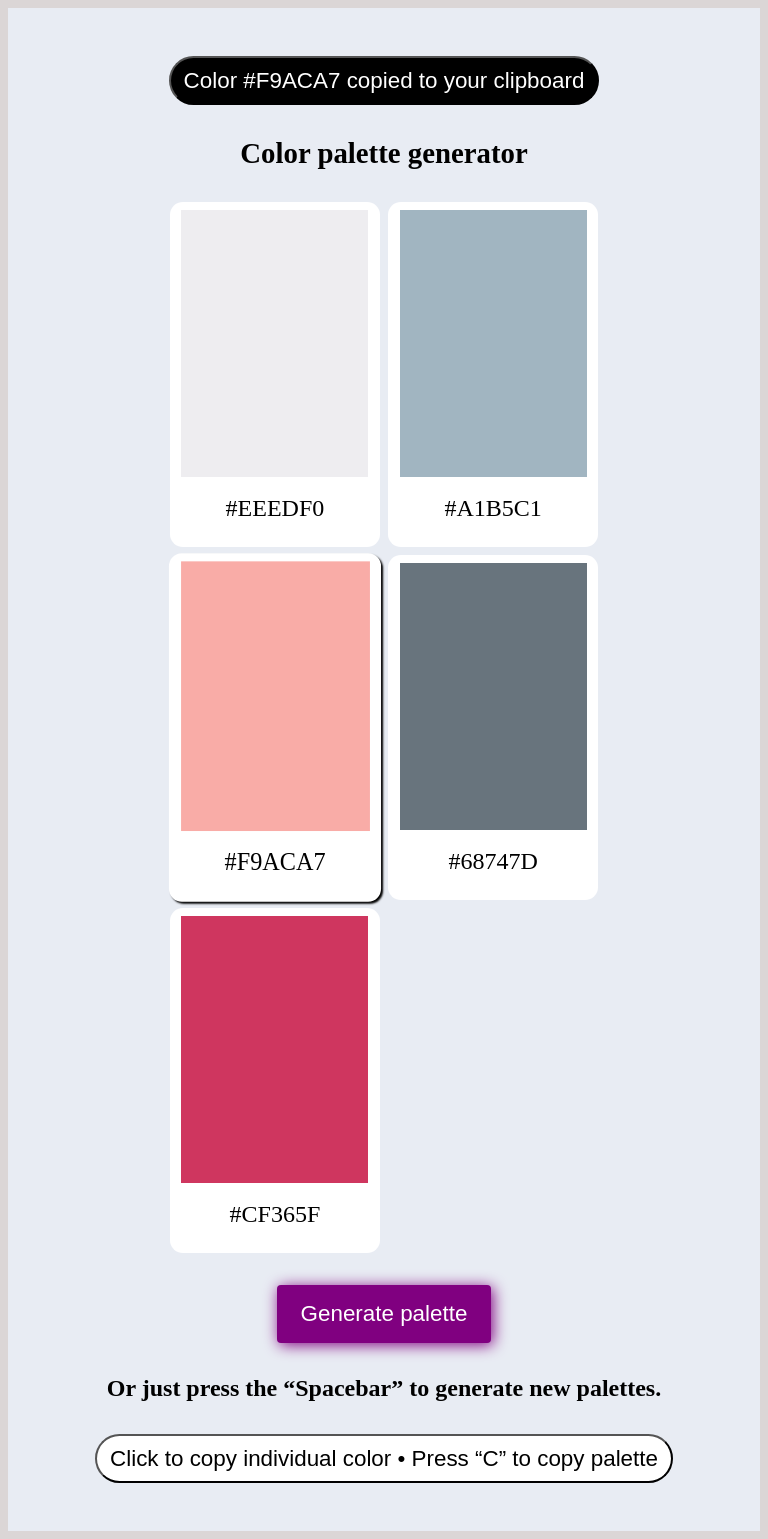
Repository: Hcmwebs/Color-Palette-Generator
Page: index.html
These files come from the project's save history. The page is drawn as it stood at one moment and after the next save; the edit follows.
The browser window is 768 px wide. The pictures show the whole page.

Above is the page before, as saved 2020-07-07 11:47:40.

### index.html
<!DOCTYPE html>
<html lang="en">
<head>
    <meta charset="UTF-8">
    <meta name="viewport" content="width=device-width, initial-scale=1.0">
    <link rel="stylesheet" href="styles.css">
    <title>Color Pallete Generator</title>
</head>
<body>
    <div class="container">

        <button class="btn">Color #F9ACA7 copied to your clipboard</button>
        <h2>Color palette generator</h2>
        <div class="card">
            <div class="card__item">
                <div class="card__color card__color--lightPurpleish"></div>
                <div class="card__tag">#EEEDF0</div>
            </div>

            <div class="card__item">
                <div class="card__color card__color--lightBlueGreenish"></div>
                <div class="card__tag">#A1B5C1</div>
            </div>

            <div class="card__item card__item--active">
                <div class="card__color card__color--lightReddish"></div>
                <div class="card__tag">#F9ACA7</div>
            </div>

            <div class="card__item">
                <div class="card__color card__color--lightBluish"></div>
                <div class="card__tag">#68747D</div>
            </div>

            <div class="card__item">
                <div class="card__color card__color--reddish"></div>
                <div class="card__tag">#CF365F</div>
            </div>

        </div>
        <button class="btn btn--generate">Generate palette</button>
        <h3>Or just press the “Spacebar” to generate new palettes.</h3>
        <button class="btn btn--white">Click to copy individual color • Press “C” to copy palette</button>
    </div>
</body>
</html>

### styles.css
*¨{
    box-sizing: border-box;
    margin: 0;
    padding: 0;
}

body{
    font-weight: 300;
    font-size: 10px;
    display: flex;
    flex-direction: column;
    justify-content: center;
    align-items: center;
    background-color:rgba(124, 107, 107, 0.274);
}
h2,
h3{
    font-weight: light;
    margin: 2rem ;
}
h2{
    font-size: 1.8rem;
}

h3{
    font-size: 1.5rem;
}
.container{
    width: 1400px;
    max-width: 100%;
    height: auto;
    margin: auto;
    padding: 3rem 0;
    display: flex;
    flex-direction: column;
    justify-content: space-between;
    align-items: center;
    background-color:#E8ECF3;
}

.btn{
    background-color:#000;
    color:#fff;
    font-size: 1.4rem;
    border-radius: 2.5rem;
    padding: 0.6rem 0.8rem;
    cursor: pointer;
    transition: all 1s ease-in-out;
}
.btn:hover{
    transform: scale(1.01);
}
.card{
    display: grid;
    grid-template-columns: repeat(5, 1fr);
    gap: 0.5rem;
    justify-content: center;

}
.card__item{
    width: 207px;
    height: 329px;
    padding: 0.5rem 0.1rem;
    border-radius:0.8rem;
    display: flex;
    flex-direction: column;
    justify-content: space-between;
    align-items: center;
    background-color:#fff;
}
.card__item--active{
    box-shadow: 2px 2px 2px ;
    transform: scale(1.01);
}

.card__color{
    content:"";
    width: 187px ;
    height: 251px;
    padding-bottom: 1rem ;

}
.card__color--lightPurpleish{
    background-color: #EEEDF0;

}

.card__color--lightBlueGreenish{
    background-color: #A1B5C1;

}

.card__color--lightReddish{
    background-color: #F9ACA7;

}

.card__color--lightBluish{
    background-color: #68747D;

}


.card__color--reddish{
    background-color: #CF365F;

}
.card__tag{
    font-size:1.5rem;
    font-weight: 400;
    margin: auto;
}

.btn--generate{
    background-color:purple;
    color:#fff;
    border-radius:4px;
    border: none;
    margin-top: 2rem;
    padding: 1rem 1.5rem;
    cursor: pointer;
    box-shadow: 2px 2px 15px purple;
}
.btn--white{
    background-color: #fff;
    color:#000;
}
@media(max-width: 900px){
    .container{
        max-width: 900px;
        width: 100%;
        margin: auto;
    }
    .card{
        grid-template-columns: repeat(2, 1fr);
    }
}
@media(max-width:600px){
    .container{
        min-width: 300px;
    }
    .card{
        grid-template-columns: 1fr;
    }

}

After the next save:
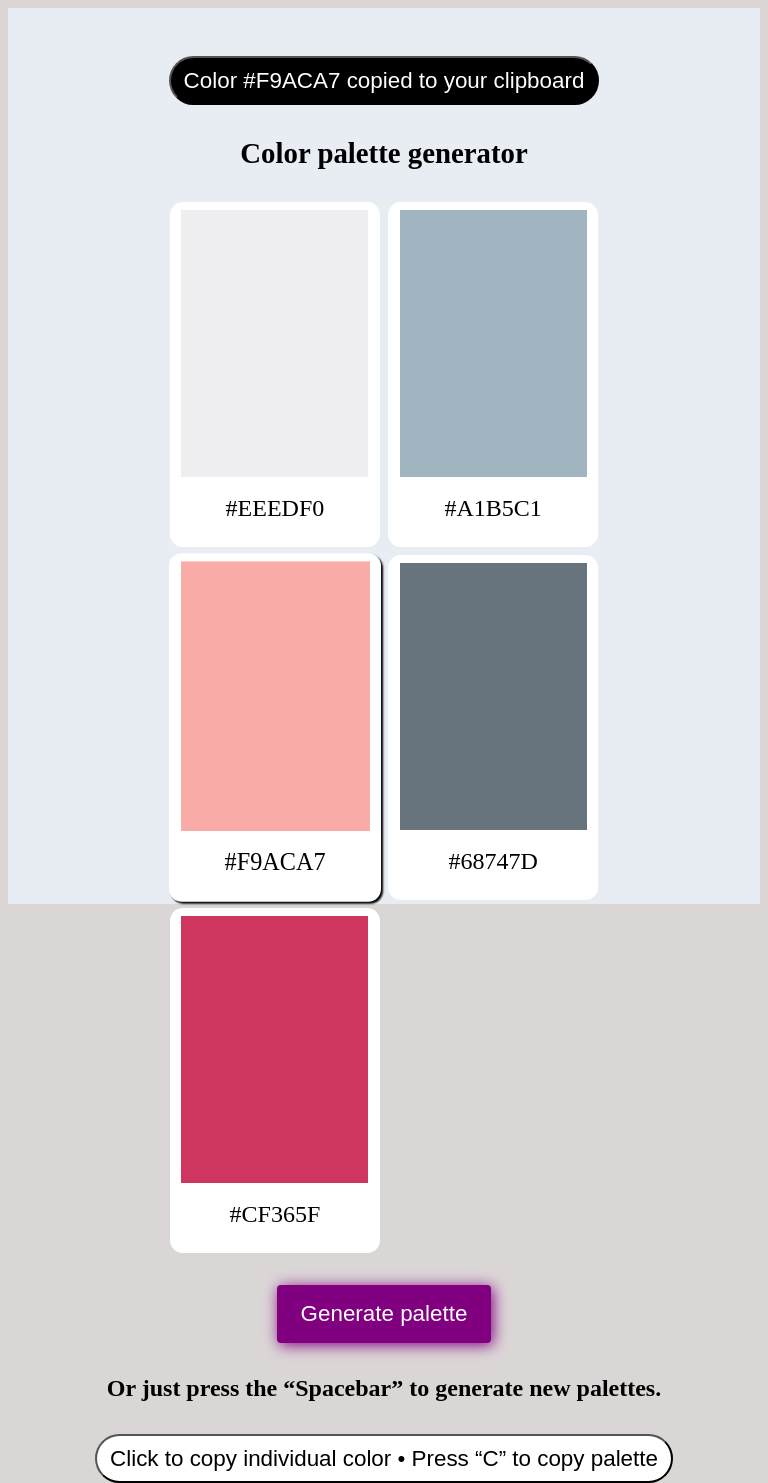
Saved 31 s later.
--- a/styles.css
+++ b/styles.css
@@ -28,7 +28,7 @@ h3{
 .container{
     width: 1400px;
     max-width: 100%;
-    height: auto;
+    height: 100vh;
     margin: auto;
     padding: 3rem 0;
     display: flex;
@@ -127,9 +127,8 @@ h3{
 }
 @media(max-width: 900px){
     .container{
-        max-width: 900px;
         width: 100%;
-        margin: auto;
+        margin: 0 auto;
     }
     .card{
         grid-template-columns: repeat(2, 1fr);
